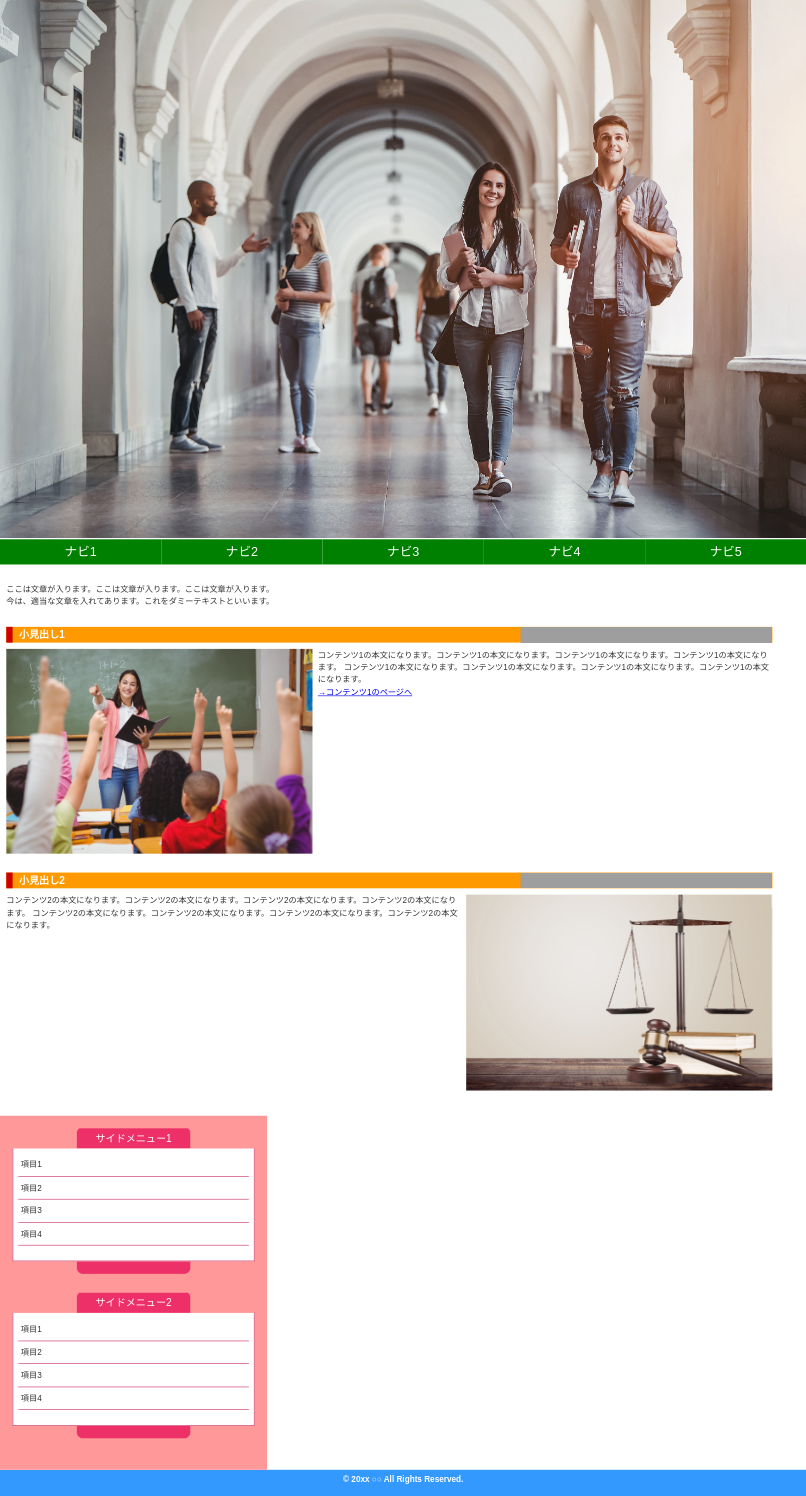
Repository: neomiyake/samurai_HTML-CSS
Page: 4章/home.html
The author's editor kept a record of every edit. The page is drawn from the files as they stood at one moment, then again after the next edit.
The browser window is 1280 px wide. The pictures show the whole page, at 63% of full size.
Pictures or frames that could not be fetched are drawn as grey boxes.

Above is the page before.

After the next edit:
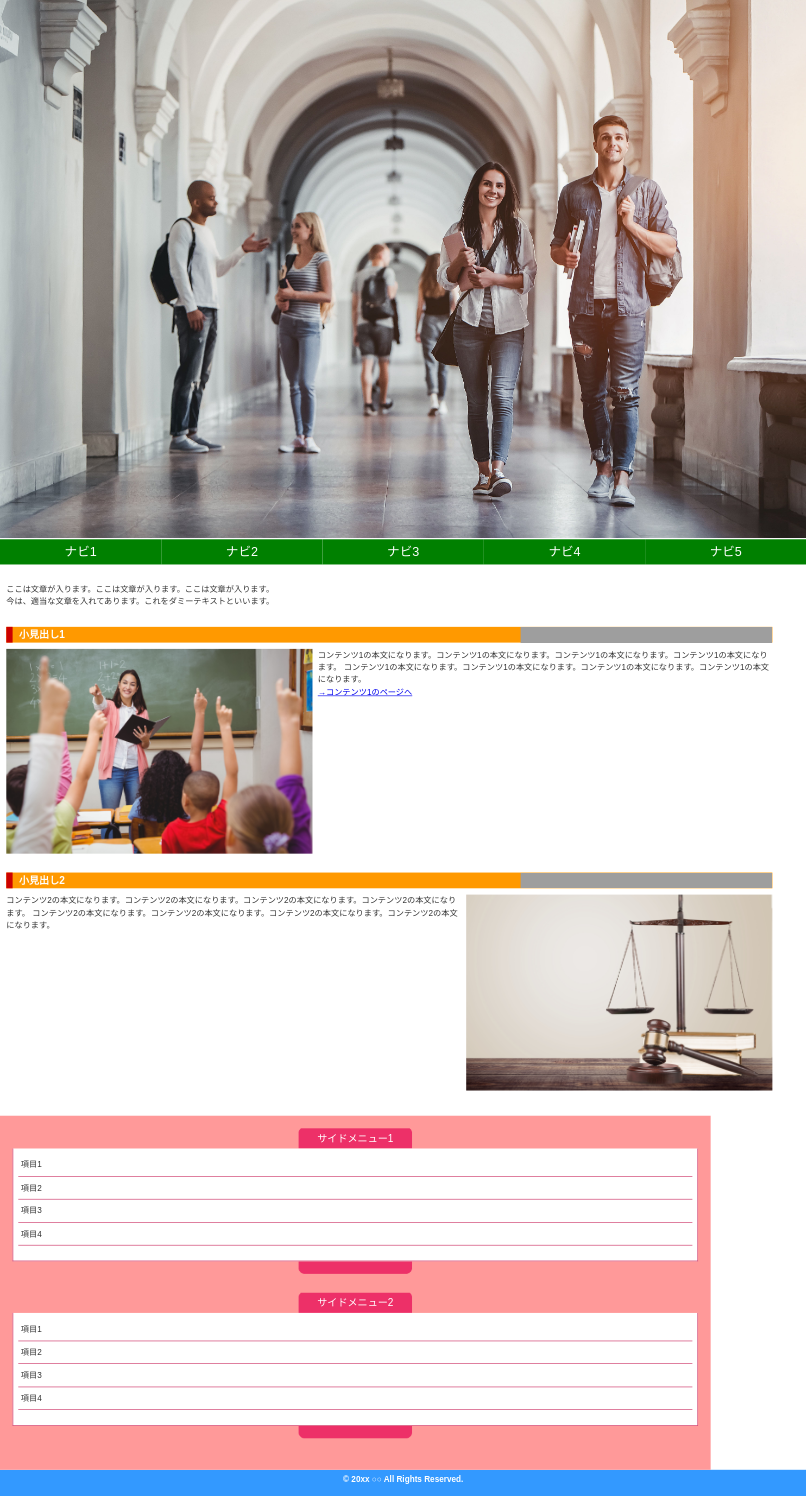
The edit:
--- a/4章/stylesheet.css
+++ b/4章/stylesheet.css
@@ -139,7 +139,7 @@
 
  /* -------------------- side -------------------- */
  #side {
-     width: 30%; /*containerにグリッド追加に伴い追加*/
+     width: 85%; /*containerにグリッド追加に伴い追加*/
  	 /*float: right;*/ /*containerにグリッド追加に伴いコメントアウト*/
  	 /*width: 30%;*/ /*containerにグリッド追加に伴いコメントアウト*/
  	 padding: 20px;
